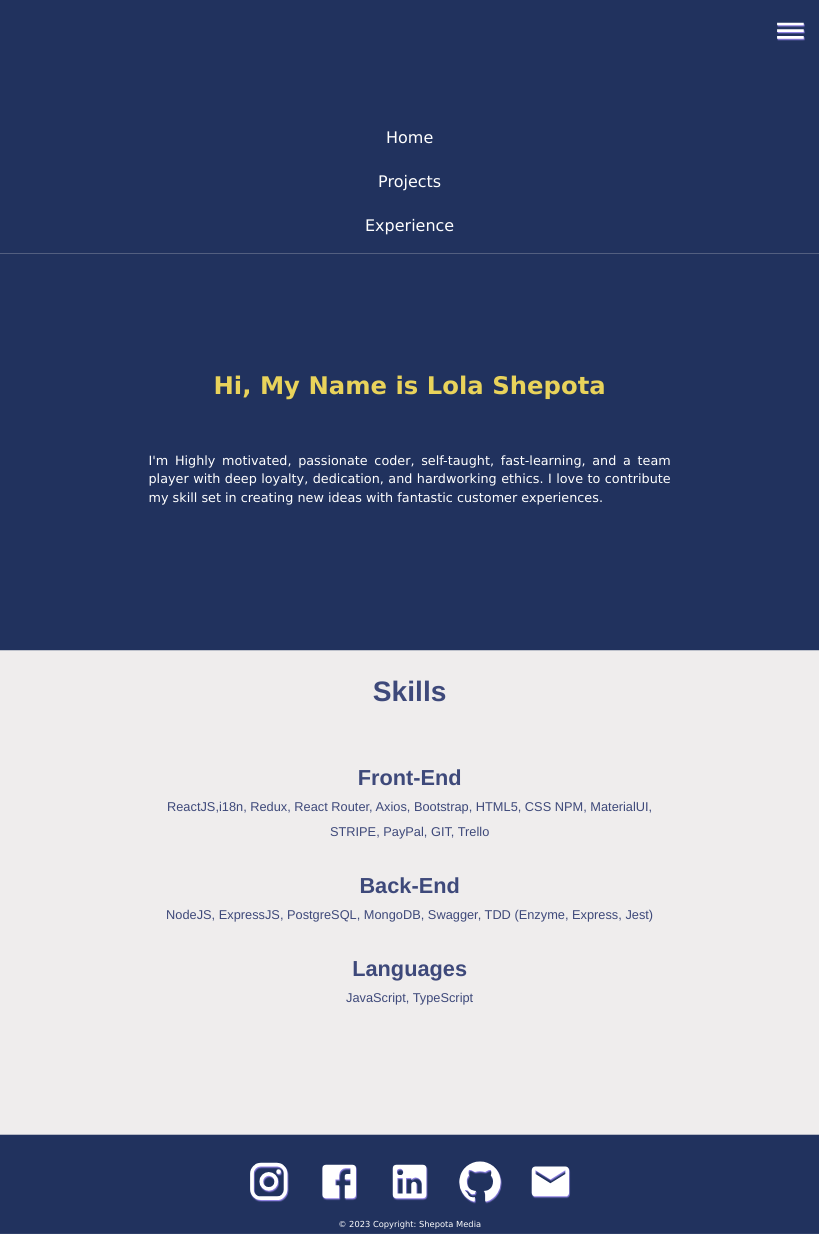
Repository: LolaSL/react-portfolio
Page: /, after clicking the first element matching `button`
The author's editor kept a copy of each file at every save. The page is drawn from the files as they stood at one save, then again after the next save.
The browser window is 1280 px wide. The pictures show the whole page, at 64% of full size.
The project was rebuilt for these pictures with package versions that can differ from the ones it lists, and the page was loaded fresh each time. Also part of the build but not shown: src/components/ProjectItem/ProjectItem.jsx, src/helpers/ProjectList.js, src/pages/Projects/Style.css, src/pages/Projects/Projects.jsx, src/pages/Experience/Style.css, src/pages/Experience/Experience.jsx, src/pages/ProjectDetail/ProjectDetail.jsx.

Above is the page before, as saved 2023-07-01 19:35:29.

After the next save:
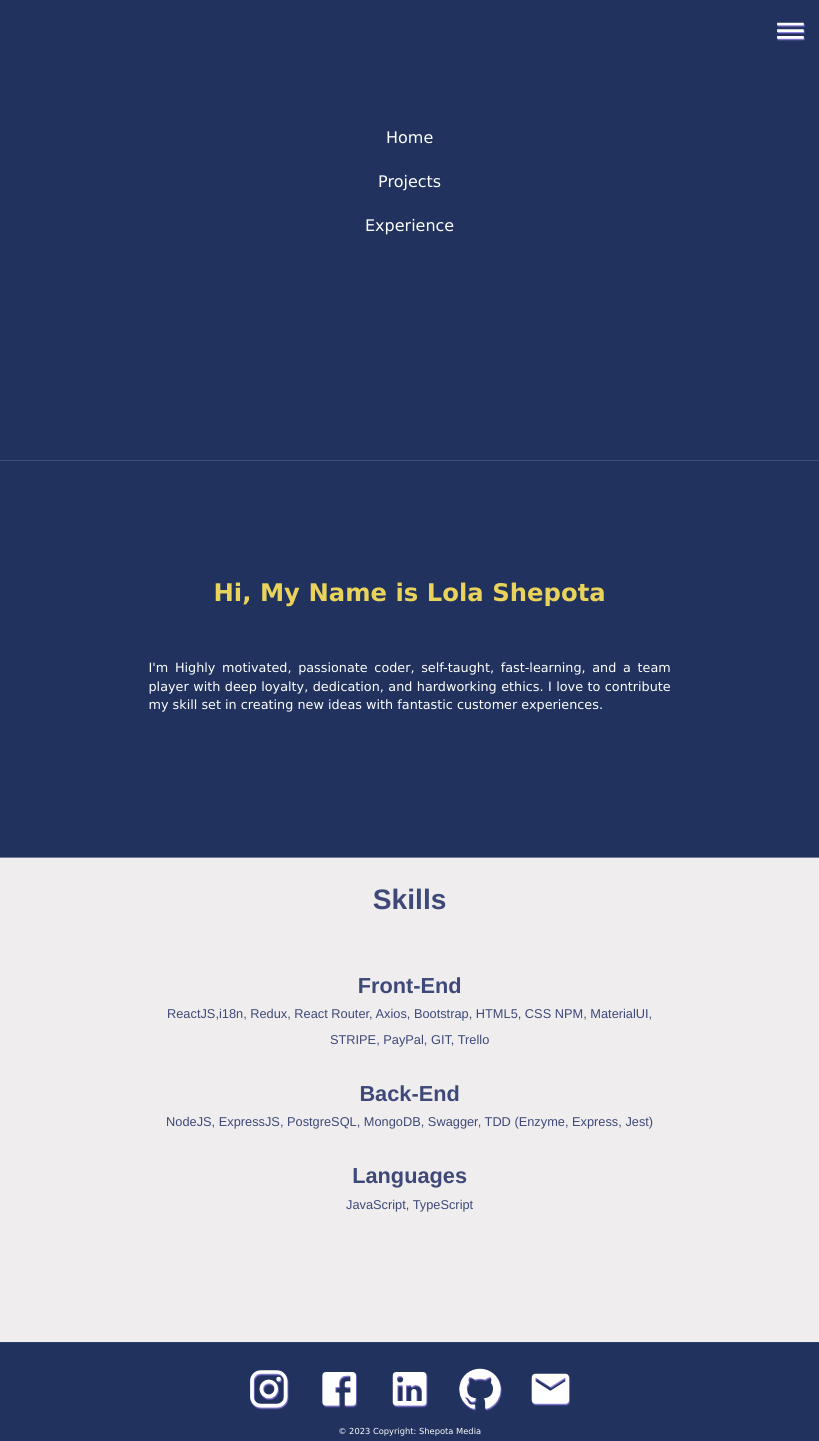
Saved 32 s later.
--- a/src/components/Navbar/Style.css
+++ b/src/components/Navbar/Style.css
@@ -46,7 +46,7 @@
   }
 
   #open {
-    height:55vh;
+    height:100vh;
   }
 
   #open .links {

After the save that followed:
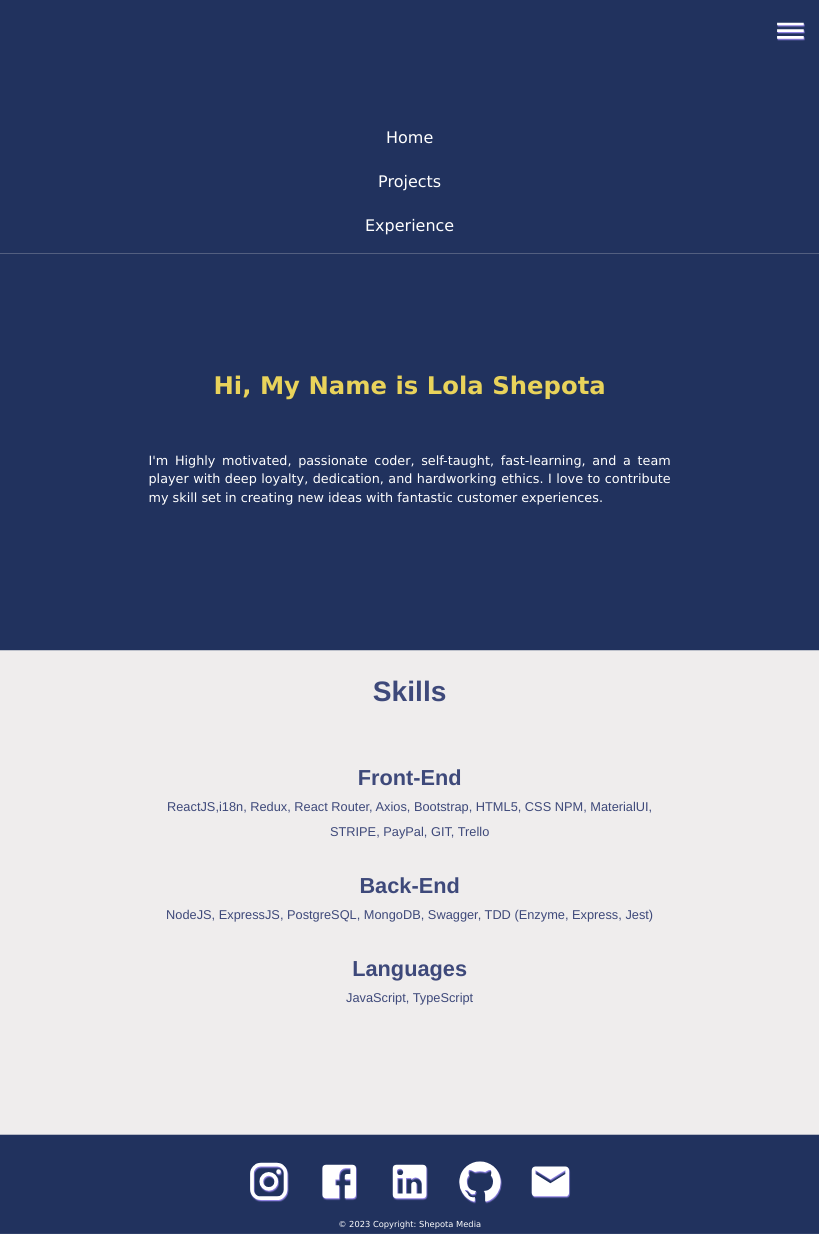
Saved 13 s later.
--- a/src/components/Navbar/Style.css
+++ b/src/components/Navbar/Style.css
@@ -46,7 +46,7 @@
   }
 
   #open {
-    height:100vh;
+    height:55vh;
   }
 
   #open .links {
